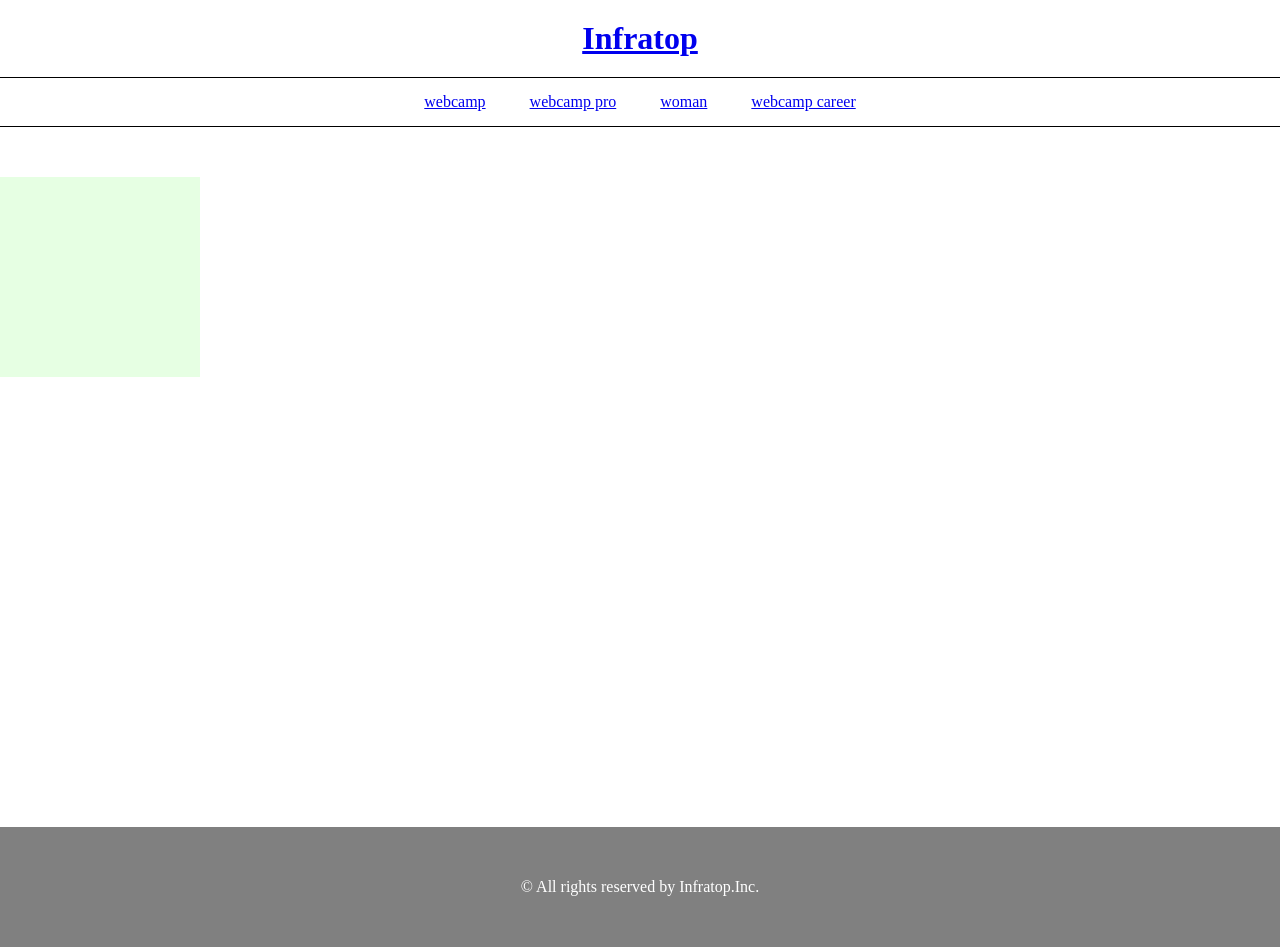
Repository: rascalNoShippo/git-practice
Page: chapter5_exercise/index.html
The author's editor kept a record of every edit. The page is drawn from the files as they stood at one moment, then again after the next edit.
The browser window is 1280 px wide. The pictures show the whole page.

Above is the page before.

### chapter5_exercise/index.html
<!DOCTYPE HTML>
<html>
  <head>
    <meta charset="utf-8">
    <link rel="stylesheet" href="style.css">
    <title>chapter5_exercise</title>
  </head>
  <body>
    <header>
      <h1><a href="#">Infratop</a></h1>
    </header>
    <nav>
      <ul class="list">
        <li class="list-item"><a href="#">webcamp</a></li>
        <li class="list-item"><a href="#">webcamp pro</a></li>
        <li class="list-item"><a href="#"> woman</a></li>
        <li class="list-item"><a href="#">webcamp career</a></li>
      </ul>
    </nav>
    <div class="main">
      <div class="box n1"></div>
      <div class="box n2"></div>
      <div class="box n3"></div>
      <div class="box n4"></div>
      <div class="box n5"></div>
      <div class="box n6"></div>
      <div class="box n7"></div>
      <div class="box n8"></div>
      <div class="box n9"></div>
      <div class="box n10"></div>
      <div class="box n11"></div>
      <div class="box n12"></div>
    </div>
    <footer>
       <p>© All rights reserved by Infratop.Inc.</p>
    </footer>
  </body>
</html>

### chapter5_exercise/style.css
*{
  margin: 0;
  padding: 0;
  box-sizing: border-box;
}

header{
  text-align: center;
  padding: 20px 0;
}

nav{
  width: 100%;
  border-top: 1px solid black;
  border-bottom: 1px solid black;
}

nav .list{
  text-align: center;
}

nav .list-item{
  display: inline-block;
  padding: 15px 20px;
}

.main{
  margin: 50px 0;
  height: 600px;
  width: 800px;
  display: flex;
  flex-wrap: wrap;
}

.box{
  height: 200px;
  width: 200px;
}

.box.n1{
  background-color: #e6ffe3;
}

.box.n1{
  background-color: #e6ffe3;
}

.box.n1{
  background-color: #e6ffe3;
}

.box.n1{
  background-color: #e6ffe3;
}

.box.n1{
  background-color: #e6ffe3;
}

.box.n1{
  background-color: #e6ffe3;
}

.box.n1{
  background-color: #e6ffe3;
}

.box.n1{
  background-color: #e6ffe3;
}

.box.n1{
  background-color: #e6ffe3;
}

.box.n1{
  background-color: #e6ffe3;
}

.box.n1{
  background-color: #e6ffe3;
}

.box.n1{
  background-color: #e6ffe3;
}

footer{
  background-color: gray;
  color: white;
  width: 100%;
  height: 120px;
  display: flex;
  justify-content: center;
  align-items: center;
}

.footer-text{
  text-align: center;
}

After the next edit:
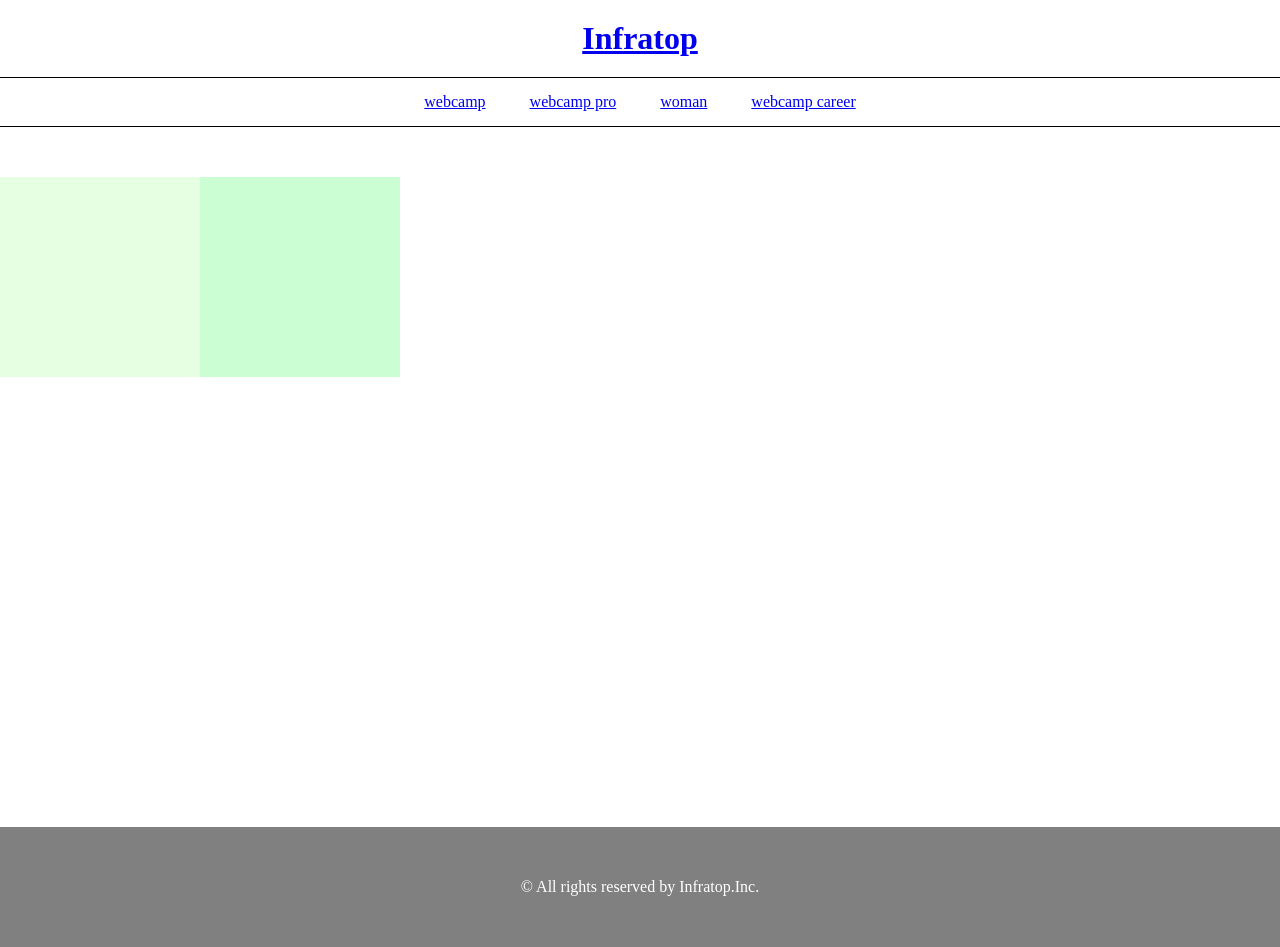
The edit:
--- a/chapter5_exercise/style.css
+++ b/chapter5_exercise/style.css
@@ -41,8 +41,8 @@
   background-color: #e6ffe3;
 }
 
-.box.n1{
-  background-color: #e6ffe3;
+.box.n2{
+  background-color: #cbffd3;
 }
 
 .box.n1{
